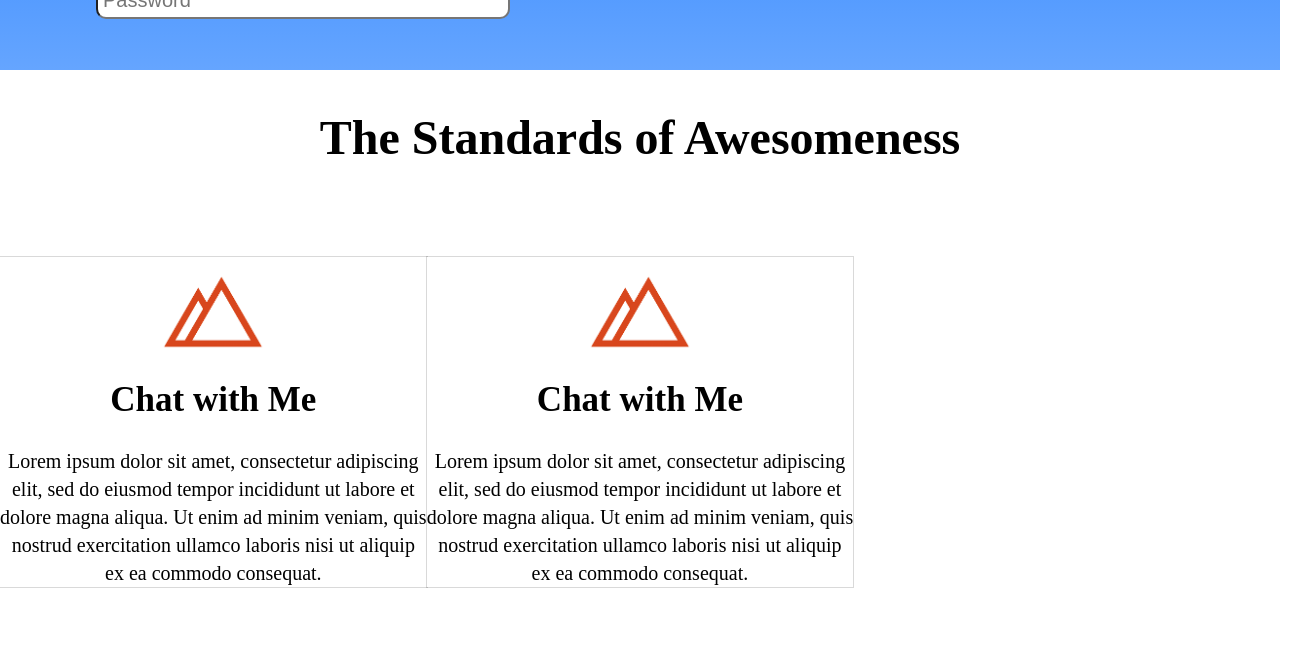
Repository: jesar-enl/My-CSS-Website
Page: index.html
An editor plug-in stored every save of this project. The page is shown before and after the next save, followed by the edit.
The browser window is 1280 px wide. The page is 1296 px wide, so the pictures cover 1296 px, including what lies to the right of the window. The pictures show the part of the page from y = 430 to 1088 px (the page is 1088 px tall).

Above is the page before, as saved 2022-07-27 13:06:44.

After the next save:
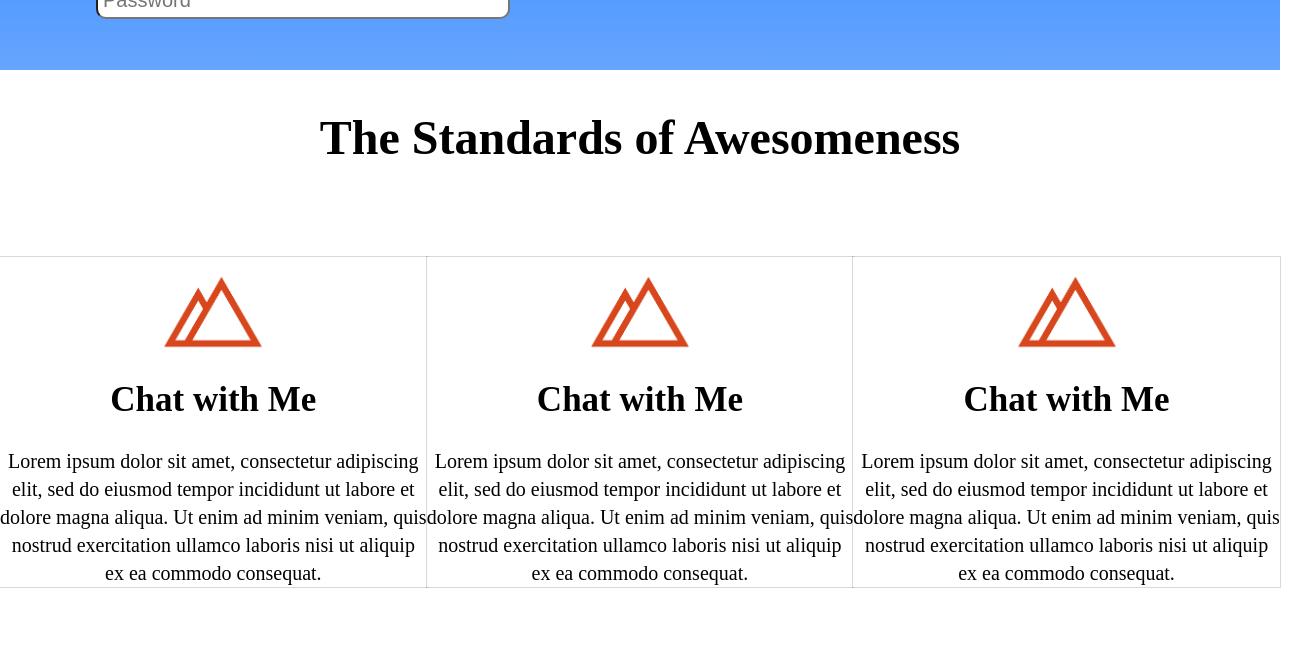
Saved 37 s later.
--- a/index.html
+++ b/index.html
@@ -107,6 +107,20 @@
             </p>
           </div>
         </div>
+        <div class="col-4">
+          <div class="box">
+            <div class="icon">
+              <img class="dev" src="devslopes.png" alt="dev icon" />
+            </div>
+            <label for="">Chat with Me</label>
+            <p>
+              Lorem ipsum dolor sit amet, consectetur adipiscing elit, sed do
+              eiusmod tempor incididunt ut labore et dolore magna aliqua. Ut
+              enim ad minim veniam, quis nostrud exercitation ullamco laboris
+              nisi ut aliquip ex ea commodo consequat.
+            </p>
+          </div>
+        </div>
       </div>
     </div>
     <script src="index.js"></script>
